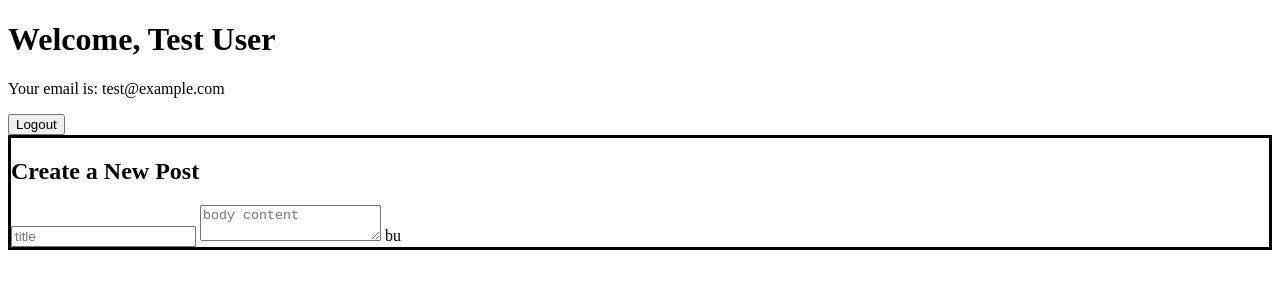
Repository: Adel-Shurrab/CRUD-System
Page: http://localhost/
These files come from the project's save history. The page is drawn as it stood at one moment and after a run of saves; the edit follows.
The browser window is 1280 px wide. The pictures show the whole page.
The page is served by the project's Laravel application, run on PHP 8.4 with Laravel 12. A made-up administrator, Test User (test@example.com), is signed in.

Above is the page before, as saved 2025-05-14 14:34:18.

After the next 2 saves:
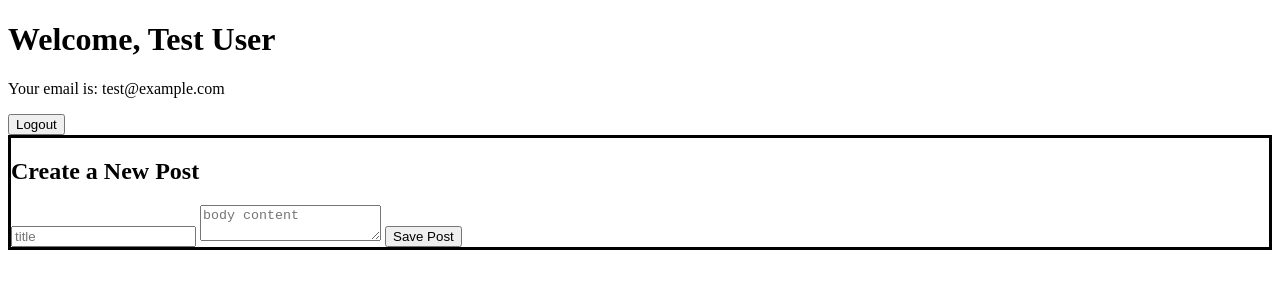
The 2 saves are shown as one change because they came seconds apart.
The last was saved 7 s later.
--- a/resources/views/home.blade.php
+++ b/resources/views/home.blade.php
@@ -22,7 +22,7 @@
             @csrf
             <input type="text" name="title" placeholder="title">
             <textarea name="body" placeholder="body content"></textarea>
-            bu
+            <button>Save Post</button>
         </form>
     </div>
 
